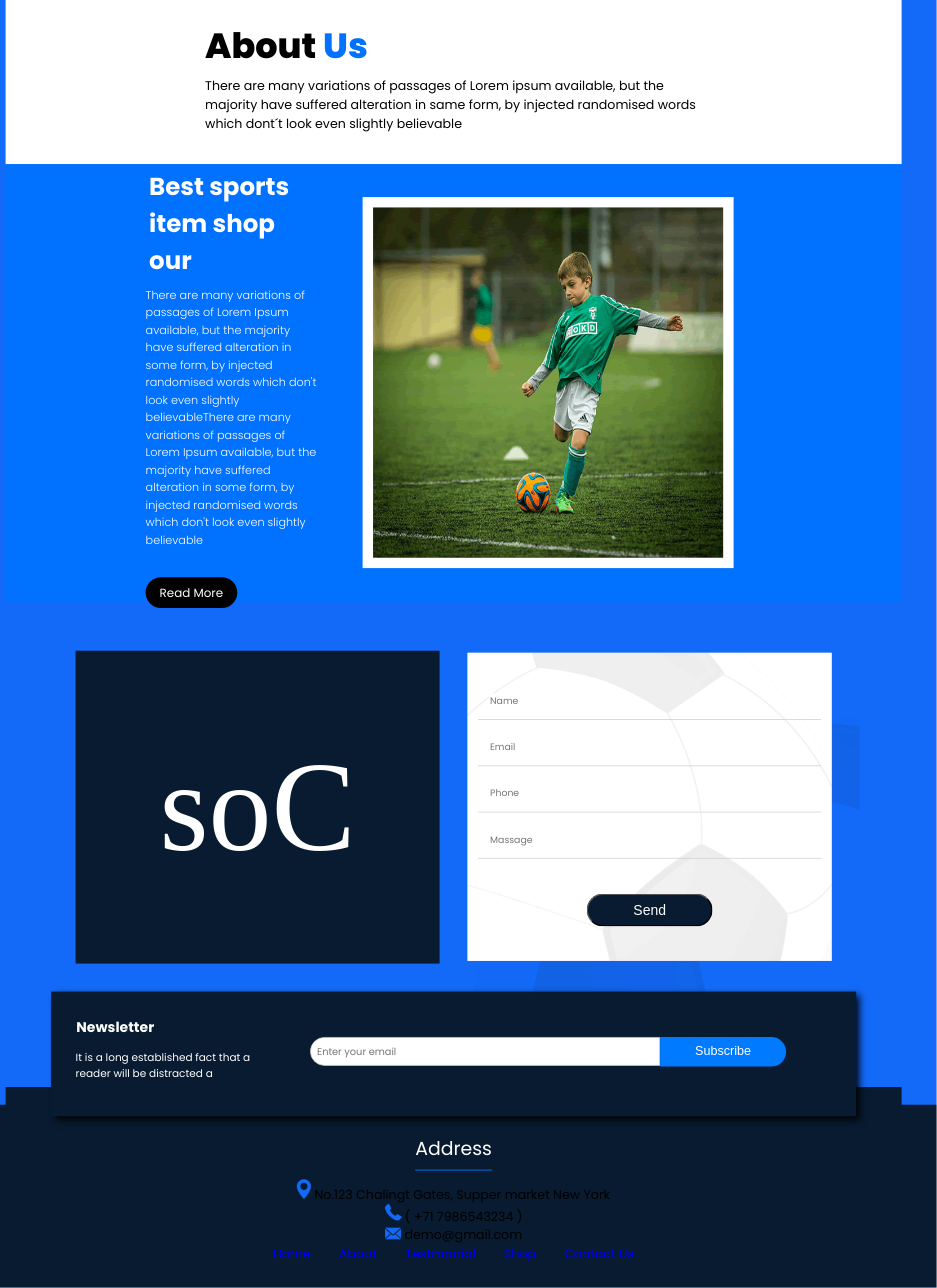
Repository: Vinicius9922/Projeto-Web
Page: index.html
The author's editor kept a copy of each file at every save. The page is drawn from the files as they stood at one save, then again after a run of saves.
The browser window is 1280 px wide. The page is 1338 px wide, so the pictures cover 1338 px, including what lies to the right of the window. The pictures show the part of the page from y = 1891 to 3731 px (the page is 3731 px tall), at 70% of full size.

Above is the page before, as saved 2024-12-10 20:56:10.

### index.html
<!DOCTYPE html>
<html>

<head>
    <meta charset="UTF-8">
    <meta name="viewport" content="width=device-width, initial-scale=1.0">
    <link rel="stylesheet" href="index.css">
    <link rel="preconnect" href="https://fonts.googleapis.com">
    <link rel="preconnect" href="https://fonts.gstatic.com" crossorigin>
    <link
        href="https://fonts.googleapis.com/css2?family=Lora:ital,wght@0,400..700;1,400..700&family=Poppins:ital,wght@0,100;0,200;0,300;0,400;0,500;0,600;0,700;0,800;0,900;1,100;1,200;1,300;1,400;1,500;1,600;1,700;1,800;1,900&display=swap"
        rel="stylesheet">
    <title>Index</title>
</head>

<body class="main-layout">
    <header>
        <div class="header">
            <div class="container">
                <div class="logo"><img src="img/logo.png" alt="logo"></div>
                <div class="navBar">
                    <nav>
                        <ul class="menuNav">
                            <li>HOME</li>
                            <li>ABOUT</li>
                            <li>TESTMONIAL</li>
                            <li>SHOP</li>
                            <li>CONTACT US</li>
                            <li><img id="lupa" src="img/search_icon.png"></li>
                        </ul>
                    </nav>
                </div>
            </div>
        </div>
    </header>
    <section>
        <div class="container">
            <div class="carroussel">
                <div class="textCarroussel">
                    <h1>Welcome to <strong class="color">Our Shop</strong></h1>
                    <p>There are many variations of passages of Lorem Ipsum available, but the majority have
                        suffered
                        alteration in some form, by injected humour</p>
                    <button class="botao-carrossel">Buy Now</button>
                    <button class="botao-carrossel">About</button>
                </div>
            </div>
            <div class="img-carroussel">
                <div>
                    <figure><img id="img-carroussel" src="img/boksing-gloves.png" alt="img" /></figure>
                </div>
            </div>
        </div>
    </section>

    <!-- aaaaaaaaaaaaaaa -->

    <div class="parte branca">
        <h1>Our <span>Products</span></h1>
        <p>There are many variations of passages of Lorem ipsum available, but the majority have suffered alteration in
            some form, by injected randomised words wich don't look even slightly believable</p>
    </div>

    <div class="container3">

        <div class="imagem1">
            <img src="img/basketball.png" alt="bola">
            <p>$<span class="valor">50</span></p>
            <p class="p1">Basket ball</p>
        </div>
        <div class="imagem2">
            <img src="img/t-shirt.png" alt="camiseta">
            <p>$<span class="valor">50</span></p>
            <p class="p1">T-shirt</p>
        </div>
        <div class="imagem3">
            <img src="img/game.png" alt="game">
            <p>$<span class="valor">50</span></p>
            <p class="p1">Game</p>
        </div>
        <div class="imagem4">
            <img src="img/basketball.png" alt="bola">
            <p>$<span class="valor">50</span></p>
            <p class="p1">Basket ball</p>
        </div>
        <div class="imagem5">
            <img src="img/t-shirt.png" alt="camiseta">
            <p>$<span class="valor">50</span></p>
            <p class="p1">T-shirt</p>
        </div>
        <div class="imagem6">
            <img src="img/game.png" alt="game">
            <p>$<span class="valor">50</span></p>
            <p class="p1">game</p>
        </div>

    </div>
    <div class="branca2">
        <h1> About <span>Us</span></h1>
        <p>There are many variations of passages of Lorem ipsum available, but the majority have suffered alteration in
            same form, by injected randomised words which dont´t look even slightly believable</p>
    </div>

    <div class="shield">
        <div class="texto-shield">
            <h1 class="textobranco">Best sports item shop our</h1>
            <p class="p2">There are many variations of passages of Lorem Ipsum available, but the majority have suffered
                alteration in some form, by injected randomised words which don't look even slightly believableThere are
                many variations of passages of Lorem Ipsum available, but the majority have suffered alteration in some
                form, by injected randomised words which don't look even slightly believable</p>

            <div class="btn_main">
                <a class="botao" href="#" role="button">Read More</a>
            </div>
        </div>
        <div class="child">
            <figure><img src="img/child-image.png">
            </figure>
        </div>
    </div>

    <!-- aaaaaaaaaaaaaaaaaaaa -->

    <div class="container2">
        <div class="formulario">
            <div class="box-left">
                <div class="soc">soC</div>
            </div>
            <div class="box-right">
                <form>
                    <div class="grupo-form">
                        <input type="text" class="form" placeholder="Name" name="Name">
                    </div>
                    <div class="grupo-form">
                        <input type="email" class="form" placeholder="Email" name="Email">
                    </div>
                    <div class="grupo-form">
                        <input type="text" class="form" placeholder="Phone" name="Phone">
                    </div>
                    <div class="grupo-form">
                        <input type="text" class="form" placeholder="Massage" name="mensagem">
                    </div>
                    <div class="send-button">
                        <button type="submit" class="botao-env">Send</button>
                    </div>
                </form>
            </div>
        </div>
        <div class="box-down">
            <div class="text-news">
                <h2 class="Newsletter">Newsletter</h2>
                <p class="text-newsletter">It is a long established fact that a reader will be distracted a</p>
            </div>
            <div class="email-news">
                <input type="email" class="news-email" placeholder="Enter your email" name="Email">
            </div>
            <div class="Subscribe">
                <button class="subs-button" type="Subscribe">Subscribe</button>
            </div>
        </div>



        <div class="footer">
            <div>
                <div>
                    <div>
                        <div class="titulo">
                            <h2 class="titulo_texto">Address</h2>
                        </div>
                    </div>
                </div>
            </div>
            <div class="endereco">
                <div>
                    <div class="icones">
                        <div class="site_info">
                            <span class="info_icon"><img src="img/map-icon.png" /></span>
                            <span>No.123 Chalingt Gates, Supper market New York</span>
                        </div>
                    </div>
                    <div class="icones">
                        <div class="site_info">
                            <span class="info_icon"><img src="img/phone-icon.png" /></span>
                            <span>( +71 7986543234 )</span>
                        </div>
                    </div>
                    <div class="icones">
                        <div class="site_info">
                            <span class="info_icon"><img src="img/email-icon.png" /></span>
                            <span>demo@gmail.com</span>
                        </div>
                    </div>
                </div>
            </div>

            <div class="menu_main">
                <div class="menu_text">
                    <ul>
                        <li class="active"><a href="#">Home</a></li>
                        <li><a href="about.html">About</a></li>
                        <li><a href="testmonial.html">Testmonial</a></li>
                        <li><a href="clients.html">Shop</a></li>
                        <li><a href="contact.html">Contact Us</a></li>
                    </ul>
                </div>
            </div>
        </div>
    </div>

</body>

</html>

### index.css
@import url('https://fonts.googleapis.com/css2?family=Lora:ital,wght@0,400..700;1,400..700&family=Poppins:ital,wght@0,100;0,200;0,300;0,400;0,500;0,600;0,700;0,800;0,900;1,100;1,200;1,300;1,400;1,500;1,600;1,700;1,800;1,900&display=swap');

html,
body {
    width: 100%;
    font-family: Poppins, normal;
    background-color: #136af8;
    background: linear-gradient(to bottom, #136af8 93%, #081b30 7%);
}

header {
    background-color: #136af8;
    padding: 0px;
}

.container {
    display: flex;
    align-items: center;
    justify-content: space-between;
    margin: 40px 200px;
}

li:hover {
    text-decoration: underline;
    cursor: pointer;
    font-weight: bolder;
}

ul {
    color: white;
    list-style-type: none;
    display: flex;
    margin: 0;
    padding: 0;
    gap: 40px;
    font-weight: 500;
}

#lupa {
    margin-left: 20px;
}

.logo {
    margin-left: 60px;
}

section {
    background-color: #136af8;
    display: flex;
}

.textCarroussel {
    text-align: left;
    margin-left: 60px;
    padding-left: 15px;
}

.textCarroussel p,
strong {
    color: white;
}

.color {
    font-weight: bolder;
}

.textCarroussel h1 {
    font-family: Poppins;
    font-weight: bold;
    font-size: 65px;
    line-height: 74px;
    color: #081b30;
}

.textCarroussel p {
    font-size: 16px;
}

button {
    min-width: 180px;
    color: white;
    background-color: #081b30;
    padding: 10px 50px;
    border-radius: 30px;
    display: inline-block;
    font-size: 20px;
    margin-top: 40px;
    cursor: pointer;
}

button:hover {
    background-color: #032b58;
}

button+button {
    margin-left: 15px;
}

#img-carroussel {
    max-width: 110%;
    height: auto;
    display: block;
}

/*////////////////////////////////////////////////////*/


/* Estilo global */


/* Cabeçalho "Our Products" */
.parte.branca {
    background-color: white;
    text-align: center;
    padding: 40px 280px;
}

.parte.branca h1 {
    font-size: 50px;
    color: black;
    text-align: left;
    font-weight: 800;
    margin: 5px;
}

.parte.branca h1 span {
    color: #0072ff;

}

.parte.branca p {
    font-size: 18px;
    margin-top: 10px;
    text-align: left;
    font-weight: 400;
    margin: 5px;
}

/* Grade de produtos */
.container3 {
    display: grid;
    grid-template-columns: repeat(3, 1fr);
    gap: 20px;
    column-gap: 30px;
    padding-left: 250px;
    padding-right: 250px;
    padding-top: 40px;
    padding-bottom: 40px;
    background-color: #001f3f;
}


.container3 div {
    text-align: center;
    background-color: white;
    padding: 20px;
    box-shadow: 0 5px 10px rgba(0, 0, 0, 0.1);
}

.container3 img {
    width: 300px;
    height: 300px;
    margin-bottom: 10px;
}

.container3 div .valor {
    margin: 5px 0;
    font-size: 26px;
    color: #0072ff
}

.container3 div p {
    font-size: 26px;
    color: black;
    margin: 3px;
}

/* Sessão "About Us" */
.branca2 {
    background-color: white;
    text-align: left;
    padding: 40px 280px;
}

.branca2 h1 {
    font-size: 50px;
    color: black;
    text-align: left;
    font-weight: 800;
    margin: 5px;
}

.branca2 h1 span {
    color: #0072ff;
}

.branca2 p {
    font-size: 18px;
    margin-top: 10px;
    text-align: left;
    font-weight: 400;
    margin: 5px;
}

/* Sessão "Best sports item shop our" */
.shield {
    display: flex;
    justify-content: space-between;
    align-items: center;
    background-color: #0072ff;
    color: white;
    padding-left: 200px;
    padding-right: 200px;
    gap: 20px;
}

.texto-shield {
    text-align: left;
}

.shield h1 {
    font-size: 35px;
    color: rgb(255, 255, 255);
    text-align: left;
    font-weight: 700;
    margin: 5px;
}

.shield .p2 {
    font-size: 16px;
    margin-top: 10px;
    text-align: left;
    font-weight: 300;
    margin-bottom: 50px;
}

.btn_main .botao {
    text-decoration: none;
    background-color: black;
    color: white;
    padding: 10px 20px;
    border-radius: 30px;
    font-size: 17px;
    transition: 0.5s ease, color 0.4s ease 0.1s;
}

.botao:hover {
    background-color: #fbfbfb;
    color: black;
}

.child {
    margin: 0px;
}

.child img {
    height: 500px;
    width: 500px;
    display: flex;
    border: 15px solid #fff;
}


/*/////////////////////////////////////////////////*/

.container2 {
    display: flex;
    align-items: center;
    justify-content: space-between;
    margin: 30px 100px;
    flex-direction: column;
    /* background: linear-gradient(to bottom, #136af8 70%, #081b30 30%); */
}

.formulario {
    flex: auto;
    display: flex;
    justify-content: space-between;
    align-items: center;
    border-radius: 10px;
    padding: 40px;
    justify-content: center;
    gap: 40px;
    background-image: url('img/contact-banner.png');
}

.grupo-form {
    width: 100%;
    padding: 15px;
    margin-bottom: 10px;
    border-bottom: 1px solid #ccc;
}

form {
    display: flex;
    flex-direction: column;
    align-items: center;
    width: 460px;
    height: 360px;
}

.form {
    border: none;
    width: 100px;
    margin: 0px;
}

.box-left {
    background-color: #081b30;
    color: white;
    text-align: center;
    font-family: apple;
    font-size: 180px;
    padding: 10% 10%;
    padding: 120px;
}

.box-right {
    height: auto;
    background-color: #f2f2f2;
    background-image: url('img/boll_bg.png');
    padding: 40px 30px;
}

.box-left,
.box-right {
    width: 50%;
}

input {
    border: none;
    outline: none;
    width: 100%;
}

input,
textarea {
    font-family: Poppins, normal;
    color: #a4a0a0;
    width: 100%;
}

.box-down {
    display: flex;
    align-items: row;
    background-color: #081b30;
    color: white;
    width: 1150px;
    box-shadow: 5px 5px 10px 0 rgba(0, 0, 0, 0.9);
}

.text-news {
    display: flex;
    flex-direction: column;
    max-width: 300px;
    padding-left: 35px;
    font-size: 12px;
    padding: 35px;
}

.Newsletter {
    margin: 1px;
    font-size: 20px;
}

.text-newsletter {
    font-size: 15px;
}

.email-news {
    display: flex;
    align-items: center;
    height: 172px;
}

.Subscribe {
    display: flex;
    align-items: center;
    height: 132px;
}

.news-email {
    padding: 9px;
    font-size: 14px;
    border: 1px solid #ccc;
    border-radius: 25px 0 0 25px;
    width: 500px;
    height: 41px;
    box-sizing: border-box;
}

.subs-button {
    font-size: 18px;
    color: white;
    background-color: #007BFF;
    border: none;
    border-radius: 0 25px 25px 0;
    cursor: pointer;
    height: 42px;

}

.subs-button:hover {
    background-color: #0056b3;
}
.footer{
    font-size: 18px;
    margin-top: 10px;
    text-align: center;
    font-weight: 400;
    margin: 5px;

}
.titulo_texto{
    color:white;
    text-decoration-line: underline;
    text-decoration-color: #0056b3;
    text-underline-offset: 20px;
    font-weight:400;
}

.info_icon{
    margin-top: 21px;
}

After the next 4 saves:
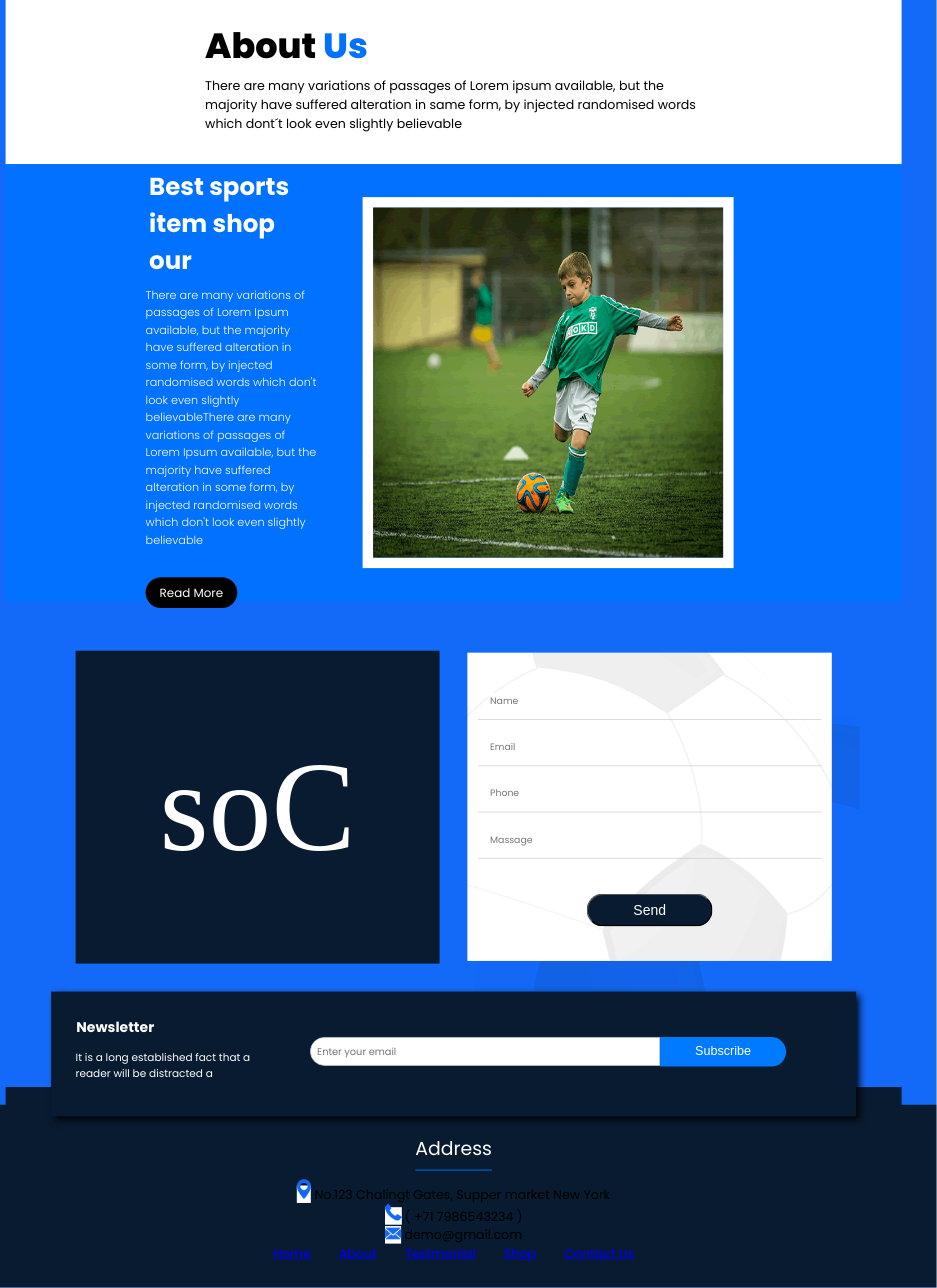
The 4 saves are shown as one change because they came seconds apart.
The last was saved 2 days later.
--- a/index.css
+++ b/index.css
@@ -421,4 +421,5 @@
 
 .info_icon{
     margin-top: 21px;
-}
+    background-color:white;
+}
